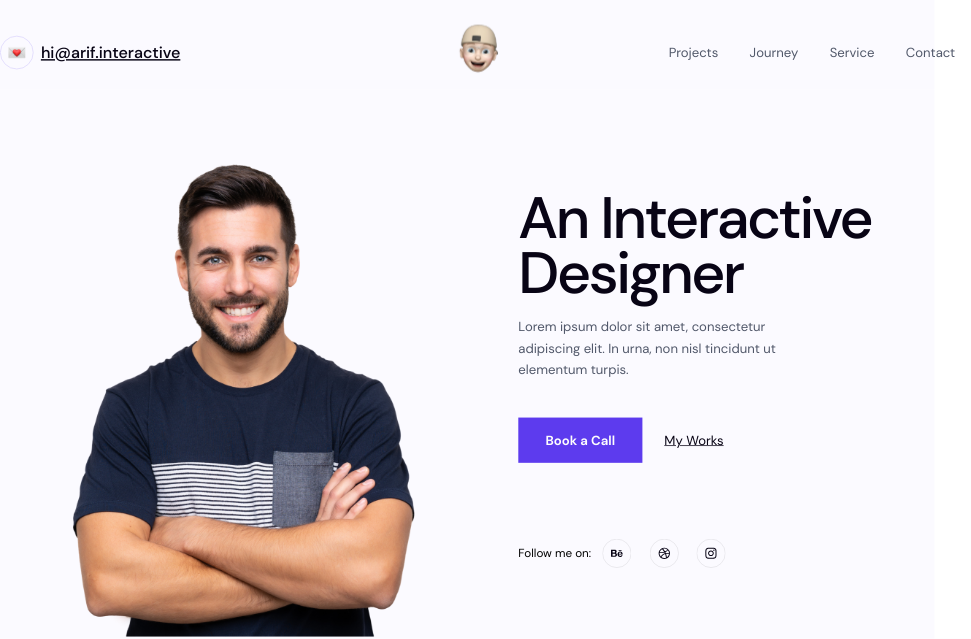
Repository: trantangtuan/project-06-grid-system12column-demo
Page: index.html
These files come from the project's save history. The page is drawn as it stood at one moment and after the next save; the edit follows.
The browser window is 1280 px wide. The page is 1330 px wide, so the pictures cover 1330 px, including what lies to the right of the window. The pictures show the whole page, at 73% of full size.

Above is the page before, as saved 2024-07-12 22:09:48.

### index.html
<!DOCTYPE html>
<html lang="en">
  <head>
    <meta charset="UTF-8" />
    <meta name="viewport" content="width=device-width, initial-scale=1.0" />
    <title>Project - 06 - use grid systerm 12 column</title>
    <!-- reset css -->
    <link rel="stylesheet" href="./assets/css/reset.css" />
    <!-- grid css -->
    <link rel="stylesheet" href="./assets/css/grid.css" />
    <!-- style css -->
    <link rel="stylesheet" href="./assets/css/style.css" />
    <!-- responsive css -->
    <link rel="stylesheet" href="./assets/css/responsive.css" />
    <!-- font DM sans -->
    <link rel="stylesheet" href="./assets/Font/stylesheet.css" />
  </head>
  <body>
    <!-- header -->
    <header class="header">
      <div class="nav">
        <div class="nav__mail">
          <div class="nav__mail-icon">
            <img
              class="nav__mail-img"
              src="./assets/img/mail-icon.png"
              alt="mail icon"
            />
          </div>
          <a
            href="mailto:nguyenvancuong0345723186@gmail.com"
            class="nav__mail-desc"
          >
            hi@arif.interactive
          </a>
        </div>
        <div class="logo">
          <img src="./assets/img/logo-boy.svg" alt="logo" class="logo-img" />
        </div>
        <ul class="navbar">
          <li>
            <a href="#!" class="navbar__item">Projects</a>
          </li>
          <li>
            <a href="#!" class="navbar__item">Journey</a>
          </li>
          <li>
            <a href="#!" class="navbar__item">Service</a>
          </li>
          <li>
            <a href="#!" class="navbar__item">Contact</a>
          </li>
        </ul>
      </div>
    </header>
    <!-- main -->
    <main class="main">
      <!-- hero -->
      <div class="hero">
        <div class="group-rectangle"></div>
        <div class="container">
          <div class="hero__left">
            <img
              src="./assets/img/hero-img.png"
              alt="image hero"
              class="hero__img"
            />
          </div>
          <div class="hero__right">
            <h1 class="hero__title">An Interactive Designer</h1>
            <p class="hero__desc">
              Lorem ipsum dolor sit amet, consectetur adipiscing elit. In urna,
              non nisl tincidunt ut elementum turpis.
            </p>
            <div class="hero__cta">
              <a href="#!" class="btn btn__book-call">Book a Call</a>
              <a href="#!" class="btn__my-detail">My Works</a>
            </div>
            <div class="hero__social-network">
              <span class="social-network__desc">Follow me on:</span>
              <div class="social-network__group">
                <a href="#!">
                  <img
                    src="./assets/img/Goggle.svg"
                    alt="goggle"
                    class="social-network__icon"
                  />
                </a>
                <a href="#!">
                  <img
                    src="./assets/img/icon.svg"
                    alt="icon"
                    class="social-network__icon"
                  />
                </a>
                <a href="#!">
                  <img
                    src="./assets/img/Instagram.svg"
                    alt="instagram"
                    class="social-network__icon"
                  />
                </a>
              </div>
            </div>
          </div>
        </div>
      </div>
    </main>
  </body>
</html>

### assets/css/grid.css
.container,
.container-fluid {
  --spacer: 10px;
  --column-size: 12;
  width: 100%;
  margin-left: auto;
  margin-right: auto;
  padding-left: calc(var(--spacer) / 2);
  padding-right: calc(var(--spacer) / 2);
}

.row {
  display: flex;
  flex-wrap: wrap;

  margin: 0px calc(-1 * var(--spacer) / 2);
}

.gutter-0 {
  --spacer: 0;
}

[class*="offset-"] {
  margin-left: calc(100% / var(--column-size) * var(--offset-value));
}

.offset-1 {
  --offset-value: 1;
}

.offset-2 {
  --offset-value: 2;
}

.offset-3 {
  --offset-value: 3;
}

.offset-4 {
  --offset-value: 4;
}

.offset-5 {
  --offset-value: 5;
}

.offset-6 {
  --offset-value: 6;
}

.offset-7 {
  --offset-value: 7;
}

.offset-8 {
  --offset-value: 8;
}

.offset-9 {
  --offset-value: 9;
}

.offset-10 {
  --offset-value: 10;
}

.offset-11 {
  --offset-value: 11;
}

.col,
.row[class*="row-cols-"] > *,
.row > [class*="col-"] {
  padding-left: calc(var(--spacer) / 2);
  padding-right: calc(var(--spacer) / 2);
}

.row[class*="row-cols-"] > *,
.row > [class*="col-"] {
  flex: 0 0 auto;
}

.row[class*="row-cols-"] > * {
  width: calc(100% / var(--row-cols-number));
}

.row-cols-1 > * {
  --row-cols-number: 1;
}

.row-cols-2 > * {
  --row-cols-number: 2;
}

.row-cols-3 > * {
  --row-cols-number: 3;
}

.row-cols-4 > * {
  --row-cols-number: 4;
}

.row-cols-5 > * {
  --row-cols-number: 5;
}

.row-cols-6 > * {
  --row-cols-number: 6;
}

.row > [class*="col-"] {
  width: calc(100% / var(--column-size) * var(--column-number));
}

.col-1 {
  --column-number: 1;
}

.col-2 {
  --column-number: 2;
}

.col-3 {
  --column-number: 3;
}

.col-4 {
  --column-number: 4;
}

.col-5 {
  --column-number: 5;
}

.col-6 {
  --column-number: 6;
}

.col-7 {
  --column-number: 7;
}

.col-8 {
  --column-number: 8;
}

.col-9 {
  --column-number: 9;
}

.col-10 {
  --column-number: 10;
}

.col-11 {
  --column-number: 11;
}

.col-12 {
  --column-number: 12;
}

/* // Small devices (landscape phones, 576px and up) */
@media (min-width: 576px) {
  .container {
    --spacer: 20px;
    width: 540px;
  }

  .gutter-sm-0 {
    --spacer: 0;
  }

  .offset-sm-1 {
    --offset-value: 1;
  }

  .offset-sm-2 {
    --offset-value: 2;
  }

  .offset-sm-3 {
    --offset-value: 3;
  }

  .offset-sm-4 {
    --offset-value: 4;
  }

  .offset-sm-5 {
    --offset-value: 5;
  }

  .offset-sm-6 {
    --offset-value: 6;
  }

  .offset-sm-7 {
    --offset-value: 7;
  }

  .offset-sm-8 {
    --offset-value: 8;
  }

  .offset-sm-9 {
    --offset-value: 9;
  }

  .offset-sm-10 {
    --offset-value: 10;
  }

  .offset-sm-11 {
    --offset-value: 11;
  }

  .col-sm-1 {
    --column-number: 1;
  }

  .col-sm-2 {
    --column-number: 2;
  }

  .col-sm-3 {
    --column-number: 3;
  }

  .col-sm-4 {
    --column-number: 4;
  }

  .col-sm-5 {
    --column-number: 5;
  }

  .col-sm-6 {
    --column-number: 6;
  }

  .col-sm-7 {
    --column-number: 7;
  }

  .col-sm-8 {
    --column-number: 8;
  }

  .col-sm-9 {
    --column-number: 9;
  }

  .col-sm-10 {
    --column-number: 10;
  }

  .col-sm-11 {
    --column-number: 11;
  }

  .col-sm-12 {
    --column-number: 12;
  }

  .row-cols-sm-1 > * {
    --row-cols-number: 1;
  }

  .row-cols-sm-2 > * {
    --row-cols-number: 2;
  }

  .row-cols-sm-3 > * {
    --row-cols-number: 3;
  }

  .row-cols-sm-4 > * {
    --row-cols-number: 4;
  }

  .row-cols-sm-5 > * {
    --row-cols-number: 5;
  }

  .row-cols-sm-6 > * {
    --row-cols-number: 6;
  }
}

/* // Medium devices (tablets, 768px and up) */
@media (min-width: 768px) {
  .container {
    width: 720px;
  }

  .gutter-md-0 {
    --spacer: 0;
  }

  .offset-md-1 {
    --offset-value: 1;
  }

  .offset-md-2 {
    --offset-value: 2;
  }

  .offset-md-3 {
    --offset-value: 3;
  }

  .offset-md-4 {
    --offset-value: 4;
  }

  .offset-md-5 {
    --offset-value: 5;
  }

  .offset-md-6 {
    --offset-value: 6;
  }

  .offset-md-7 {
    --offset-value: 7;
  }

  .offset-md-8 {
    --offset-value: 8;
  }

  .offset-md-9 {
    --offset-value: 9;
  }

  .offset-md-10 {
    --offset-value: 10;
  }

  .offset-md-11 {
    --offset-value: 11;
  }

  .col-md-1 {
    --column-number: 1;
  }

  .col-md-2 {
    --column-number: 2;
  }

  .col-md-3 {
    --column-number: 3;
  }

  .col-md-4 {
    --column-number: 4;
  }

  .col-md-5 {
    --column-number: 5;
  }

  .col-md-6 {
    --column-number: 6;
  }

  .col-md-7 {
    --column-number: 7;
  }

  .col-md-8 {
    --column-number: 8;
  }

  .col-md-9 {
    --column-number: 9;
  }

  .col-md-10 {
    --column-number: 10;
  }

  .col-md-11 {
    --column-number: 11;
  }

  .col-md-12 {
    --column-number: 12;
  }

  .row-cols-md-1 > * {
    --row-cols-number: 1;
  }

  .row-cols-md-2 > * {
    --row-cols-number: 2;
  }

  .row-cols-md-3 > * {
    --row-cols-number: 3;
  }

  .row-cols-md-4 > * {
    --row-cols-number: 4;
  }

  .row-cols-md-5 > * {
    --row-cols-number: 5;
  }

  .row-cols-md-6 > * {
    --row-cols-number: 6;
  }
}

/* // Large devices (desktops, 992px and up) */
@media (min-width: 992px) {
  .container {
    width: 960px;
    --spacer: 30px;
  }

  .gutter-lg-0 {
    --spacer: 0;
  }

  .offset-lg-1 {
    --offset-value: 1;
  }

  .offset-lg-2 {
    --offset-value: 2;
  }

  .offset-lg-3 {
    --offset-value: 3;
  }

  .offset-lg-4 {
    --offset-value: 4;
  }

  .offset-lg-5 {
    --offset-value: 5;
  }

  .offset-lg-6 {
    --offset-value: 6;
  }

  .offset-lg-7 {
    --offset-value: 7;
  }

  .offset-lg-8 {
    --offset-value: 8;
  }

  .offset-lg-9 {
    --offset-value: 9;
  }

  .offset-lg-10 {
    --offset-value: 10;
  }

  .offset-lg-11 {
    --offset-value: 11;
  }

  .col-lg-1 {
    --column-number: 1;
  }

  .col-lg-2 {
    --column-number: 2;
  }

  .col-lg-3 {
    --column-number: 3;
  }

  .col-lg-4 {
    --column-number: 4;
  }

  .col-lg-5 {
    --column-number: 5;
  }

  .col-lg-6 {
    --column-number: 6;
  }

  .col-lg-7 {
    --column-number: 7;
  }

  .col-lg-8 {
    --column-number: 8;
  }

  .col-lg-9 {
    --column-number: 9;
  }

  .col-lg-10 {
    --column-number: 10;
  }

  .col-lg-11 {
    --column-number: 11;
  }

  .col-lg-12 {
    --column-number: 12;
  }

  .row-cols-lg-1 > * {
    --row-cols-number: 1;
  }

  .row-cols-lg-2 > * {
    --row-cols-number: 2;
  }

  .row-cols-lg-3 > * {
    --row-cols-number: 3;
  }

  .row-cols-lg-4 > * {
    --row-cols-number: 4;
  }

  .row-cols-lg-5 > * {
    --row-cols-number: 5;
  }

  .row-cols-lg-6 > * {
    --row-cols-number: 6;
  }
}

/* // X-Large devices (large desktops, 1200px and up) */
@media (min-width: 1200px) {
  .container {
    width: 1170px;
  }

  .gutter-xl-0 {
    --spacer: 0;
  }

  .offset-xl-1 {
    --offset-value: 1;
  }

  .offset-xl-2 {
    --offset-value: 2;
  }

  .offset-xl-3 {
    --offset-value: 3;
  }

  .offset-xl-4 {
    --offset-value: 4;
  }

  .offset-xl-5 {
    --offset-value: 5;
  }

  .offset-xl-6 {
    --offset-value: 6;
  }

  .offset-xl-7 {
    --offset-value: 7;
  }

  .offset-xl-8 {
    --offset-value: 8;
  }

  .offset-xl-9 {
    --offset-value: 9;
  }

  .offset-xl-10 {
    --offset-value: 10;
  }

  .offset-xl-11 {
    --offset-value: 11;
  }

  .col-xl-1 {
    --column-number: 1;
  }

  .col-xl-2 {
    --column-number: 2;
  }

  .col-xl-3 {
    --column-number: 3;
  }

  .col-xl-4 {
    --column-number: 4;
  }

  .col-xl-5 {
    --column-number: 5;
  }

  .col-xl-6 {
    --column-number: 6;
  }

  .col-xl-7 {
    --column-number: 7;
  }

  .col-xl-8 {
    --column-number: 8;
  }

  .col-xl-9 {
    --column-number: 9;
  }

  .col-xl-10 {
    --column-number: 10;
  }

  .col-xl-11 {
    --column-number: 11;
  }

  .col-xl-12 {
    --column-number: 12;
  }

  .row-cols-xl-1 > * {
    --row-cols-number: 1;
  }

  .row-cols-xl-2 > * {
    --row-cols-number: 2;
  }

  .row-cols-xl-3 > * {
    --row-cols-number: 3;
  }

  .row-cols-xl-4 > * {
    --row-cols-number: 4;
  }

  .row-cols-xl-5 > * {
    --row-cols-number: 5;
  }

  .row-cols-xl-6 > * {
    --row-cols-number: 6;
  }
}

### assets/css/style.css
:root {
  --primary-color: #5d3bee;
  --secondary-color: #51586a;
}

*,
::after,
::before {
  box-sizing: border-box;
}

html {
  font-size: 62.5%;
}

body {
  font-size: 1.6rem;
  font-family: "DM Sans", sans-serif;
}

.item {
  /* width: 33.3333%; */
  border: 1px dashed orange;
  flex: 1 0;
}

/* ======================common======================== */

a {
  text-decoration: none;
  color: var(--secondary-color);
  font-size: 1.8rem;
  font-style: normal;
  font-weight: 400;
}

.btn {
  display: inline-block;
  height: 62px;
  min-width: 170px;
  background-color: var(--primary-color);
  padding: 0px 8px;
  color: #fdfdfd;
  font-size: 1.8rem;
  font-style: normal;
  font-weight: 700;
  line-height: 62px;
  text-align: center;
}

/* ==========================header========================= */

.header {
  background-color: #fbfaff;
  padding-top: 20px;
  position: sticky;
  top: -20px;
  z-index: 999;
}

.nav {
  width: 1330px;
  margin: 0px auto;
  display: flex;
  align-items: center;
}

.nav__mail {
  display: flex;
  align-items: center;
  gap: 0 10px;
}

.nav__mail-icon {
  width: 46px;
  height: 46px;
  border-radius: 50%;
  border: 1px solid #dcd4fc;
  display: flex;
  align-items: center;
  justify-content: center;
}

.nav__mail-desc {
  color: #080415;
  font-size: 2.2rem;
  font-style: normal;
  font-weight: 500;
  line-height: 136.364%;
  text-decoration: underline;
}

.logo {
  margin-left: 357px;
}

.logo-img {
  height: 100px;
  width: 100px;
}

.navbar {
  margin-left: auto;
  display: flex;
  align-items: center;
}

.navbar__item {
  padding: 8px 21.5px;
}

/* ========================main================== */
/* hero */

.hero {
  padding-top: 44px;
  background-color: #fbfaff;
}

.hero > .container {
  display: flex;
  align-items: center;
}

.hero__img {
  width: 514px;
}

.hero__right {
  width: 500px;
  margin-left: auto;
}

.hero__title {
  color: #080415;
  font-size: 8rem;
  font-style: normal;
  font-weight: 500;
  line-height: 95%;
  letter-spacing: -3.2px;
}

.hero__desc {
  width: 370px;
  margin-top: 20px;
  color: #51586a;
  font-size: 1.8rem;
  font-style: normal;
  font-weight: 400;
  line-height: 166.667%;
}

.hero__cta {
  margin-top: 50px;
  display: flex;
  align-items: center;
  gap: 30px;
}

.btn__my-detail {
  background-color: transparent;
  color: #080415;
  text-decoration: underline;
}

.hero__social-network {
  margin-top: 104px;
  display: flex;
  /* align-items: center; */
}

.social-network__desc {
  line-height: 40px;
  margin-right: -5px;
}

.social-network__icon {
  width: 40px;
  height: 40px;
  margin-left: 20px;
}

### assets/Font/stylesheet.css
@font-face {
    font-family: 'DM Sans';
    src: url('DMSans-Bold.woff2') format('woff2'),
        url('DMSans-Bold.woff') format('woff');
    font-weight: bold;
    font-style: normal;
    font-display: swap;
}

@font-face {
    font-family: 'DM Sans';
    src: url('DMSans-Italic.woff2') format('woff2'),
        url('DMSans-Italic.woff') format('woff');
    font-weight: normal;
    font-style: italic;
    font-display: swap;
}

@font-face {
    font-family: 'DM Sans';
    src: url('DMSans-BoldItalic.woff2') format('woff2'),
        url('DMSans-BoldItalic.woff') format('woff');
    font-weight: bold;
    font-style: italic;
    font-display: swap;
}

@font-face {
    font-family: 'DM Sans';
    src: url('DMSans-Medium.woff2') format('woff2'),
        url('DMSans-Medium.woff') format('woff');
    font-weight: 500;
    font-style: normal;
    font-display: swap;
}

@font-face {
    font-family: 'DM Sans';
    src: url('DMSans-MediumItalic.woff2') format('woff2'),
        url('DMSans-MediumItalic.woff') format('woff');
    font-weight: 500;
    font-style: italic;
    font-display: swap;
}

@font-face {
    font-family: 'DM Sans';
    src: url('DMSans-Regular.woff2') format('woff2'),
        url('DMSans-Regular.woff') format('woff');
    font-weight: normal;
    font-style: normal;
    font-display: swap;
}

Loaded but not shown: assets/css/reset.css (common file); assets/css/responsive.css (no stored copy; drawn as an empty file)

After the next save:
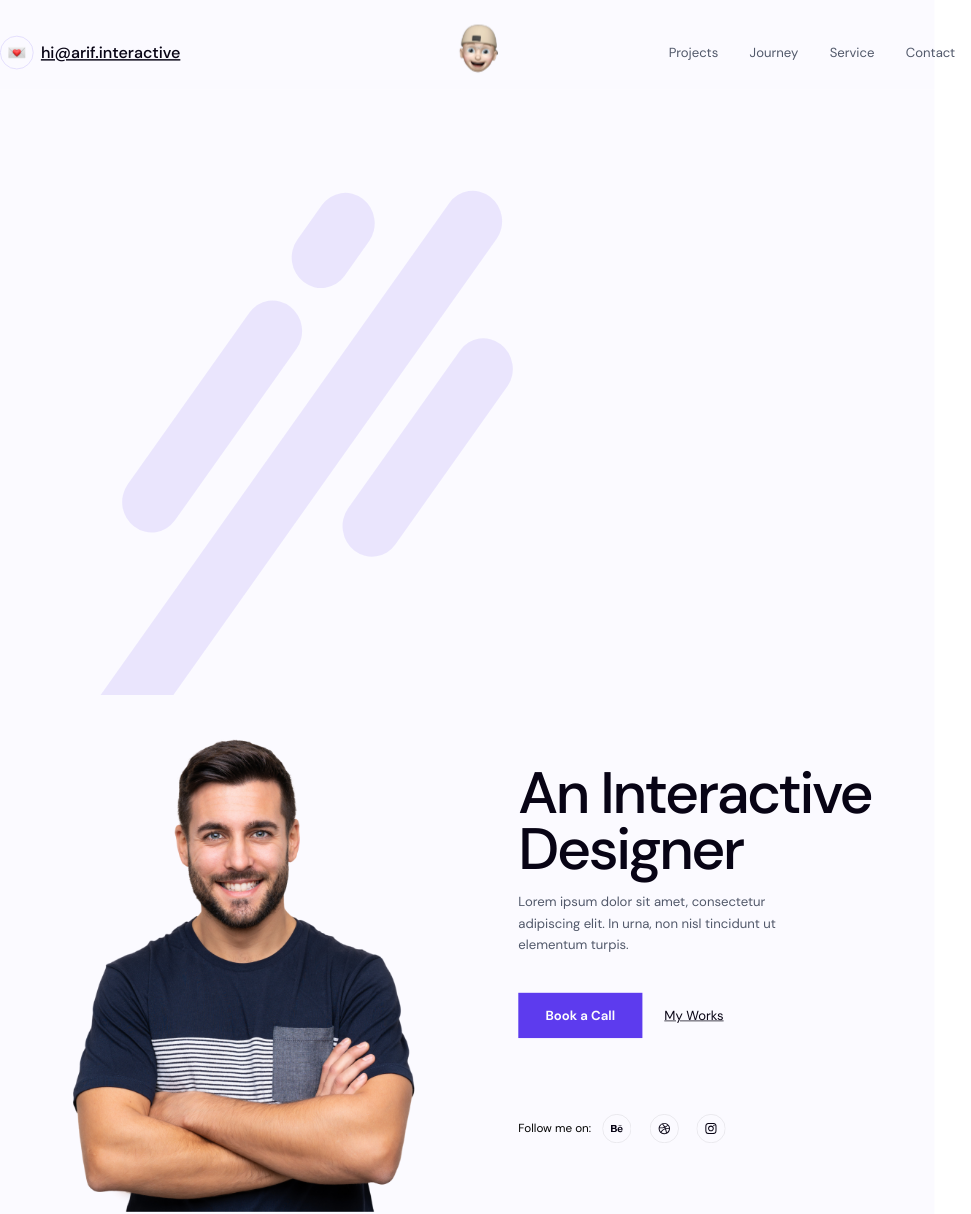
Saved 22 h 37 min later.
--- a/index.html
+++ b/index.html
@@ -57,7 +57,9 @@
     <main class="main">
       <!-- hero -->
       <div class="hero">
-        <div class="group-rectangle"></div>
+        <div class="group-rectangle">
+          <img src="./assets/img/group-rectangle-left.svg" alt="" />
+        </div>
         <div class="container">
           <div class="hero__left">
             <img
